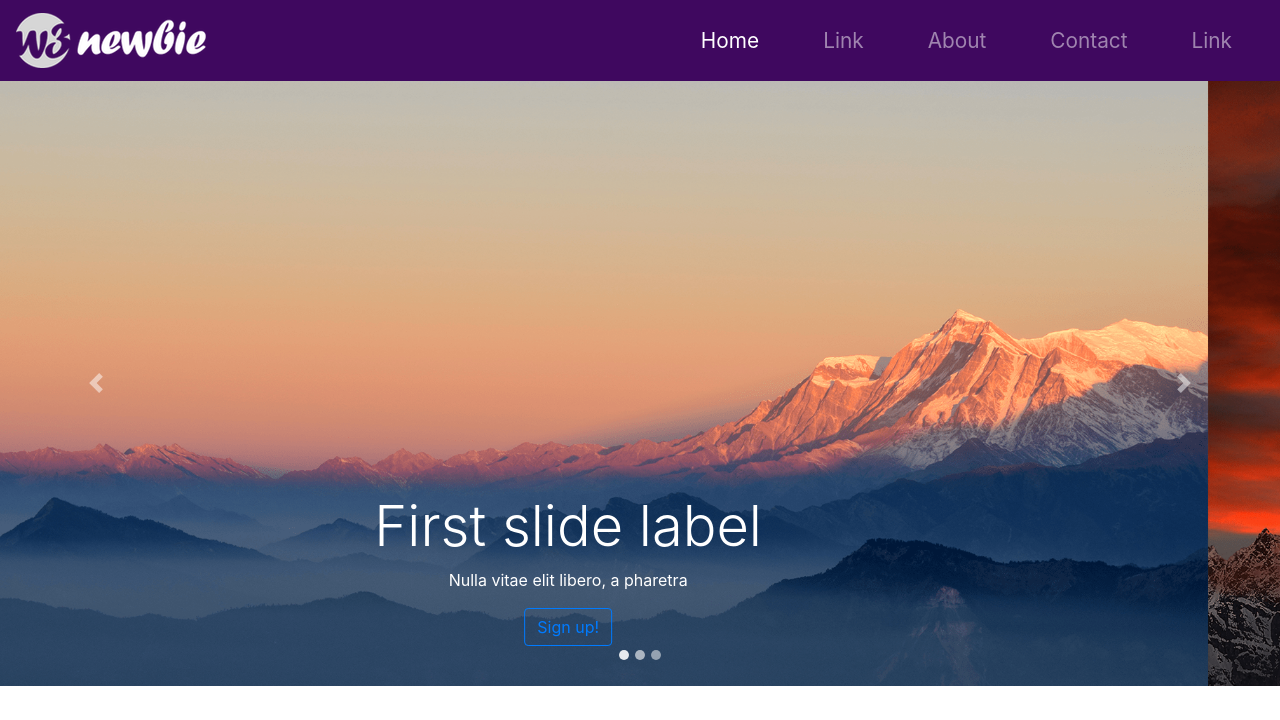
Repository: Mietlicha/bootstrap-project
Page: Bootstrap Website Files/index.html
The author's editor kept a copy of each file at every save. The page is drawn from the files as they stood at one save, then again after the next save.
The browser window is 1280 px wide. The pictures show the whole page.

Above is the page before, as saved 2019-10-28 21:49:45.

### Bootstrap Website Files/index.html
<!DOCTYPE html>
<html lang="en">

<head>
  <title>Bootstrap Website Tutorial</title>
  <meta charset="utf-8">
  <meta name="viewport" content="width=device-width, initial-scale=1">
  <link rel="stylesheet" href="https://stackpath.bootstrapcdn.com/bootstrap/4.3.1/css/bootstrap.min.css"
    integrity="sha384-ggOyR0iXCbMQv3Xipma34MD+dH/1fQ784/j6cY/iJTQUOhcWr7x9JvoRxT2MZw1T" crossorigin="anonymous">
  <link rel="stylesheet" href="https://cdnjs.cloudflare.com/ajax/libs/font-awesome/4.7.0/css/font-awesome.min.css">
  <link rel="stylesheet" href="..//style.css">
</head>

<body>
  <!--Navbar-->
  <nav class="navbar navbar-expand-md navbar-dark bg-violet">
    <a class="navbar-brand" href="#"><img src="img/w3newbie.png" alt="logo"></a>
    <button class="navbar-toggler" type="button" data-toggle="collapse" data-target="#navbarSupportedContent"
      aria-controls="navbarSupportedContent" aria-expanded="false" aria-label="Toggle navigation">
      <span class="navbar-toggler-icon"></span>
    </button>

    <div class="collapse navbar-collapse" id="navbarSupportedContent">
      <ul class="navbar-nav ml-auto">
        <li class="nav-item active">
          <a class="nav-link" href="#">Home <span class="sr-only">(current)</span></a>
        </li>
        <li class="nav-item">
          <a class="nav-link" href="#">Link</a>
        </li>
        <li class="nav-item">
          <a class="nav-link" href="#">About</a>
        </li>
        <li class="nav-item">
          <a class="nav-link" href="#">Contact</a>
        </li>
        <li class="nav-item">
          <a class="nav-link" href="#">Link</a>
        </li>
      </ul>
    </div>
  </nav>

   <!--Slider-->
   <div id="carouselExampleIndicators" class="carousel slide" data-ride="carousel">
      <ol class="carousel-indicators">
        <li data-target="#carouselExampleIndicators" data-slide-to="0" class="active"></li>
        <li data-target="#carouselExampleIndicators" data-slide-to="1"></li>
        <li data-target="#carouselExampleIndicators" data-slide-to="2"></li>
      </ol>
      <div class="carousel-inner">
        <div class="carousel-item active">
          <img src="img/mountains.png" class="d-block w-100" alt="mountains">
          <div class="carousel-caption d-none d-md-block">
              <h1 class="display-4">First slide label</h1>
              <p>Nulla vitae elit libero, a pharetra</p>
              <button type="button" class="btn btn-outline-primary">Sign up!</button>
            </div>
        </div>
        <div class="carousel-item">
          <img src="img/red.png" class="d-block w-100" alt="dusk at mountains">
        </div>
        <div class="carousel-item">
          <img src="img/snow.png" class="d-block w-100" alt="snowy mountains">
        </div>
      </div>
      <a class="carousel-control-prev" href="#carouselExampleIndicators" role="button" data-slide="prev">
        <span class="carousel-control-prev-icon" aria-hidden="true"></span>
        <span class="sr-only">Previous</span>
      </a>
      <a class="carousel-control-next" href="#carouselExampleIndicators" role="button" data-slide="next">
        <span class="carousel-control-next-icon" aria-hidden="true"></span>
        <span class="sr-only">Next</span>
      </a>
    </div>

  <script src="https://code.jquery.com/jquery-3.3.1.slim.min.js"
    integrity="sha384-q8i/X+965DzO0rT7abK41JStQIAqVgRVzpbzo5smXKp4YfRvH+8abtTE1Pi6jizo"
    crossorigin="anonymous"></script>
  <script src="https://cdnjs.cloudflare.com/ajax/libs/popper.js/1.14.7/umd/popper.min.js"
    integrity="sha384-UO2eT0CpHqdSJQ6hJty5KVphtPhzWj9WO1clHTMGa3JDZwrnQq4sF86dIHNDz0W1"
    crossorigin="anonymous"></script>
  <script src="https://stackpath.bootstrapcdn.com/bootstrap/4.3.1/js/bootstrap.min.js"
    integrity="sha384-JjSmVgyd0p3pXB1rRibZUAYoIIy6OrQ6VrjIEaFf/nJGzIxFDsf4x0xIM+B07jRM"
    crossorigin="anonymous"></script>
</body>

</html>

### style.css
*{
    box-sizing: border-box;
}

body{
    margin: 0;
    padding: 0;
}

/*Navbar*/
.bg-violet{
    background-color: rgb(63, 8, 95);
}

.nav-item{
    padding: 0 1.5rem;
    font-size: 1.3rem;
}

.navbar-dark .navbar-nav .nav-link:hover {
    color: rgb(255,255,255);
}

/*Slider*/
.carousel-indicators > li {
    width: 10px;
    height: 10px;
    border-radius: 50%;
  }

After the next save:
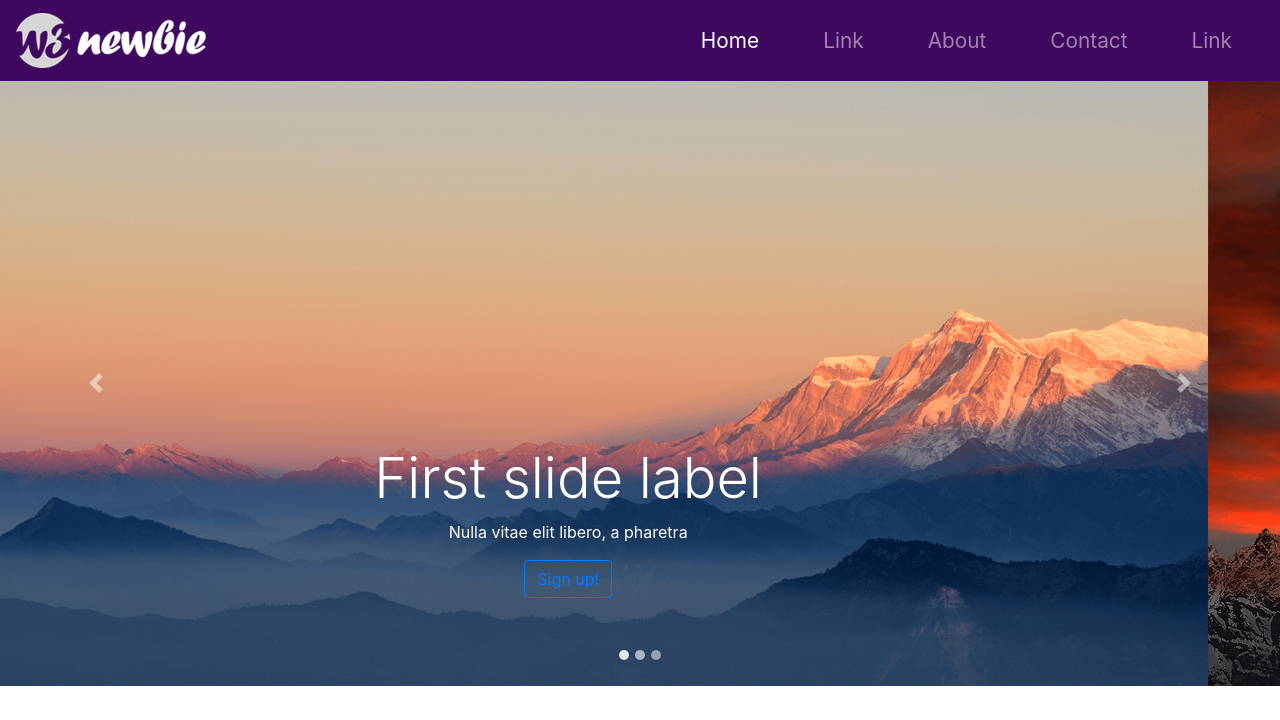
Saved 36 s later.
--- a/Bootstrap Website Files/index.html
+++ b/Bootstrap Website Files/index.html
@@ -54,7 +54,7 @@
           <div class="carousel-caption d-none d-md-block">
               <h1 class="display-4">First slide label</h1>
               <p>Nulla vitae elit libero, a pharetra</p>
-              <button type="button" class="btn btn-outline-primary">Sign up!</button>
+              <button type="button" class="btn btn-outline-primary mb-5">Sign up!</button>
             </div>
         </div>
         <div class="carousel-item">
